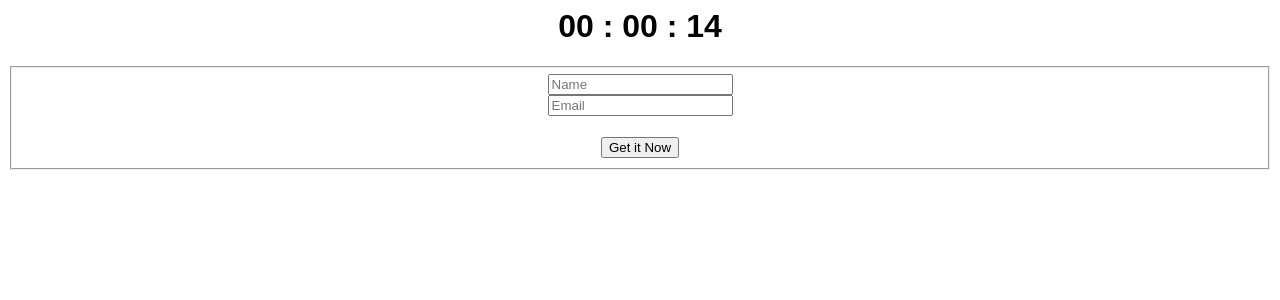
Repository: 43320888/upwork
Page: popup/index.html
The author's editor kept a copy of each file at every save. The page is drawn from the files as they stood at one save, then again after the next save.
The browser window is 1280 px wide. The pictures show the whole page.

Above is the page before, as saved 2019-01-24 15:36:20.

After the next save:
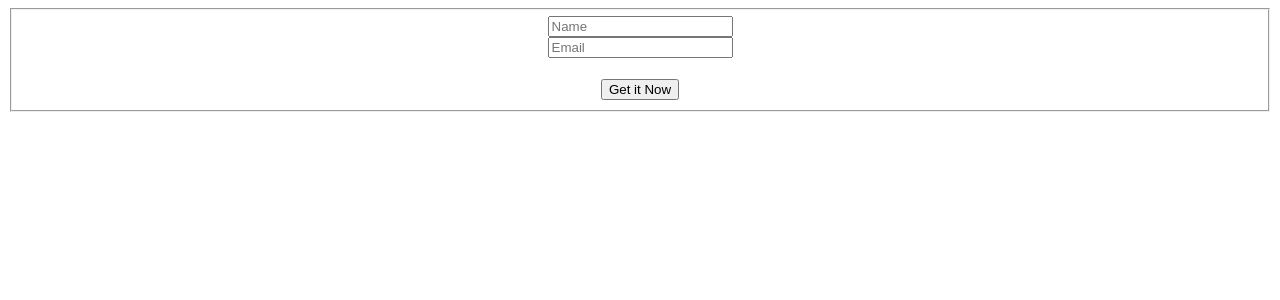
Console error: TypeError: Cannot set properties of null (setting 'innerHTML')
Saved 2 min 22 s later.
--- a/popup/index.html
+++ b/popup/index.html
@@ -10,7 +10,7 @@
 <body style="background:#fff8; font-family: Arial, Helvetica, sans-serif; text-align: center">
 	<div>
 		<h1>
-			<div></div>
+			<span></span>
 		</h1>
 		<form action="/" method="get">
 			<fieldset>

After the save that followed:
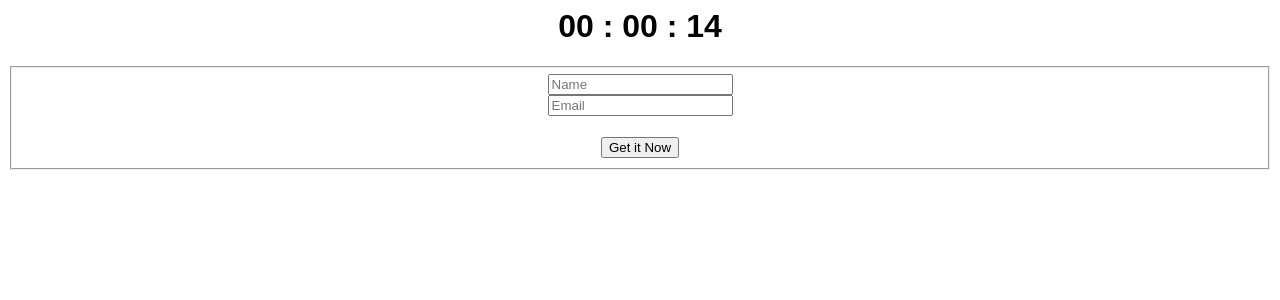
The error is gone.
Saved 6 s later.
--- a/popup/timer.js
+++ b/popup/timer.js
@@ -1,6 +1,6 @@
 (() => {
 	const x = ['00', '00', 16];
-	const j = document.querySelector('h1 > div');
+	const j = document.querySelector('h1 > span');
 
 	const backTimer = () => {
 		if (x[2]) {
